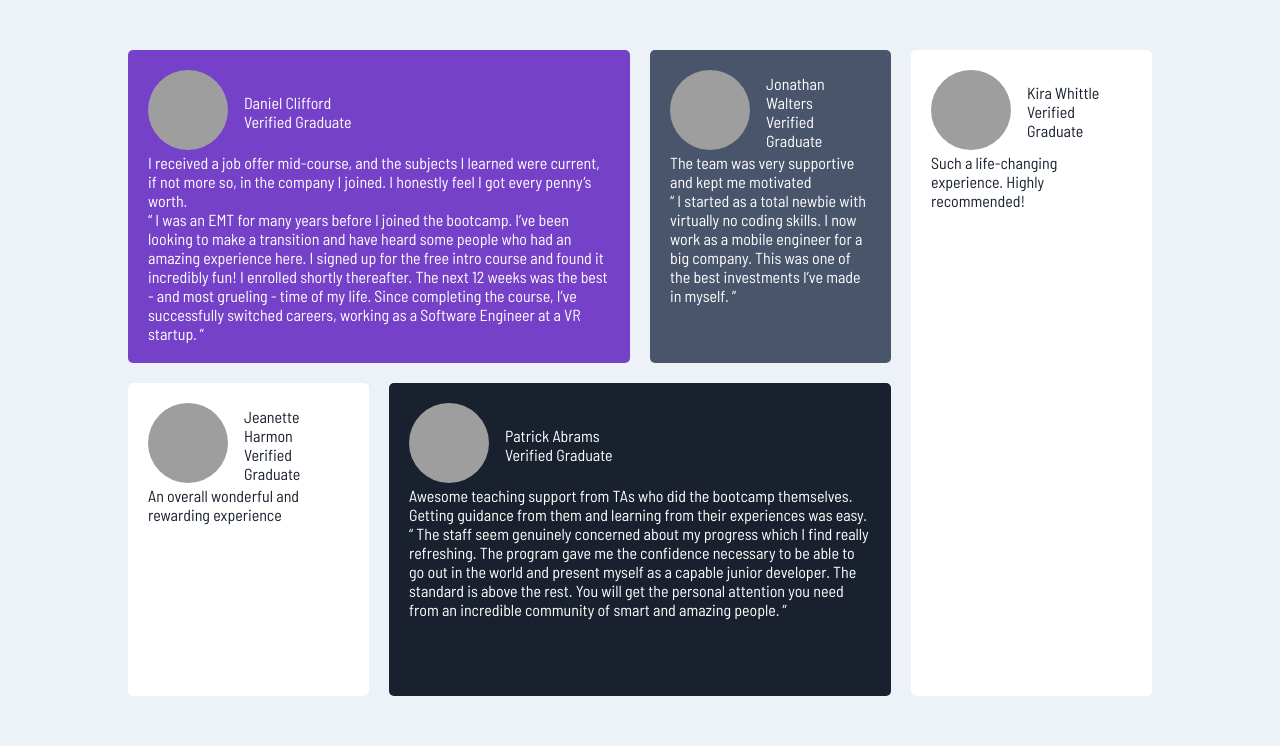
Repository: nptg3105/lab02-testimonials-grid
Page: index.html
The author's editor kept a copy of each file at every save. The page is drawn from the files as they stood at one save, then again after the next save.
The browser window is 1280 px wide. The pictures show the whole page.
Pictures or frames that could not be fetched are drawn as grey boxes. The style sheet was rebuilt from its Sass, Less or Tailwind sources for each picture, by a compiler version that may differ from the author's.

Above is the page before, as saved 2021-12-08 05:56:20.

### index.html
<!DOCTYPE html>
<html lang="en">
  <head>
    <meta charset="UTF-8" />
    <meta http-equiv="X-UA-Compatible" content="IE=edge" />
    <meta name="viewport" content="width=device-width, initial-scale=1.0" />
    <title>Lab02 - Testimonials</title>
    <link rel="stylesheet" href="style.css" />
    <link
      href="https://fonts.googleapis.com/css2?family=Barlow+Semi+Condensed:wght@400;500;700&display=swap"
      rel="stylesheet"
    />
  </head>
  <body>
    <div class="container">
      <div class="testimonials">
        <div class="testimonials__item testimonials__item--violet">
          <div class="author">
            <div class="author__avatar">
              <img
                src="https://images.unsplash.com/photo-1570295999919-56ceb5ecca61?ixlib=rb-1.2.1&ixid=MnwxMjA3fDB8MHxzZWFyY2h8OHx8bWFufGVufDB8fDB8fA%3D%3D&auto=format&fit=crop&w=500&q=60"
                alt=""
              />
            </div>
            <div class="author__name">
              Daniel Clifford <br />
              Verified Graduate
            </div>
          </div>
          <div class="testimonials__heading">
            I received a job offer mid-course, and the subjects I learned were
            current, if not more so, in the company I joined. I honestly feel I
            got every penny’s worth.
          </div>
          <div class="testimonials__desc">
            “ I was an EMT for many years before I joined the bootcamp. I’ve
            been looking to make a transition and have heard some people who had
            an amazing experience here. I signed up for the free intro course
            and found it incredibly fun! I enrolled shortly thereafter. The next
            12 weeks was the best - and most grueling - time of my life. Since
            completing the course, I’ve successfully switched careers, working
            as a Software Engineer at a VR startup. ”
          </div>
        </div>
        <div class="testimonials__item testimonials__item--grey">
          <div class="author">
            <div class="author__avatar">
              <img
                src="https://images.unsplash.com/photo-1570295999919-56ceb5ecca61?ixlib=rb-1.2.1&ixid=MnwxMjA3fDB8MHxzZWFyY2h8OHx8bWFufGVufDB8fDB8fA%3D%3D&auto=format&fit=crop&w=500&q=60"
                alt=""
              />
            </div>
            <div class="author__name">
              Jonathan Walters <br />
              Verified Graduate
            </div>
          </div>
          <div class="testimonials__heading">
            The team was very supportive and kept me motivated
          </div>
          <div class="testimonials__desc">
            “ I started as a total newbie with virtually no coding skills. I now
            work as a mobile engineer for a big company. This was one of the
            best investments I’ve made in myself. ”
          </div>
        </div>
        <div class="testimonials__item testimonials__item--tall">
          <div class="author">
            <div class="author__avatar">
              <img
                src="https://images.unsplash.com/photo-1570295999919-56ceb5ecca61?ixlib=rb-1.2.1&ixid=MnwxMjA3fDB8MHxzZWFyY2h8OHx8bWFufGVufDB8fDB8fA%3D%3D&auto=format&fit=crop&w=500&q=60"
                alt=""
              />
            </div>
            <div class="author__name author__name--black">
              Kira Whittle <br />
              Verified Graduate
            </div>
          </div>
          <div class="testimonials__heading testimonials__heading--black">
            Such a life-changing experience. Highly recommended!
          </div>
          <div class="testimonials__desc">
            “ Before joining the bootcamp, I’ve never written a line of code. I
            needed some structure from professionals who can help me learn
            programming step by step. I was encouraged to enroll by a former
            student of theirs who can only say wonderful things about the
            program. The entire curriculum and staff did not disappoint. They
            were very hands-on and I never had to wait long for assistance. The
            agile team project, in particular, was outstanding. It took my
            learning to the next level in a way that no tutorial could ever
            have. In fact, I’ve often referred to it during interviews as an
            example of my developent experience. It certainly helped me land a
            job as a full-stack developer after receiving multiple offers. 100%
            recommend! ”
          </div>
        </div>
        <div class="testimonials__item testimonials__item--white">
          <div class="author">
            <div class="author__avatar">
              <img
                src="https://images.unsplash.com/photo-1570295999919-56ceb5ecca61?ixlib=rb-1.2.1&ixid=MnwxMjA3fDB8MHxzZWFyY2h8OHx8bWFufGVufDB8fDB8fA%3D%3D&auto=format&fit=crop&w=500&q=60"
                alt=""
              />
            </div>
            <div class="author__name author__name--black">
              Jeanette Harmon <br />
              Verified Graduate
            </div>
          </div>
          <div class="testimonials__heading testimonials__heading--black">
            An overall wonderful and rewarding experience
          </div>
          <div class="testimonials__desc">
            “ Thank you for the wonderful experience! I now have a job I really
            enjoy, and make a good living while doing something I love. ”
          </div>
        </div>
        <div class="testimonials__item testimonials__item--black">
          <div class="author">
            <div class="author__avatar">
              <img
                src="https://images.unsplash.com/photo-1570295999919-56ceb5ecca61?ixlib=rb-1.2.1&ixid=MnwxMjA3fDB8MHxzZWFyY2h8OHx8bWFufGVufDB8fDB8fA%3D%3D&auto=format&fit=crop&w=500&q=60"
                alt=""
              />
            </div>
            <div class="author__name">
              Patrick Abrams <br />
              Verified Graduate
            </div>
          </div>
          <div class="testimonials__heading">
            Awesome teaching support from TAs who did the bootcamp themselves.
            Getting guidance from them and learning from their experiences was
            easy.
          </div>
          <div class="testimonials__desc">
            “ The staff seem genuinely concerned about my progress which I find
            really refreshing. The program gave me the confidence necessary to
            be able to go out in the world and present myself as a capable
            junior developer. The standard is above the rest. You will get the
            personal attention you need from an incredible community of smart
            and amazing people. ”
          </div>
        </div>
      </div>
    </div>
  </body>
</html>

### style.scss
$font-main:'Barlow Semi Condensed',
sans-serif;
$violet-color:#7541c8;
$grey-color: #48556a;
$light-grey-color: #cfcfcf;
$white-color: #fff;
$bg-color: #ecf2f8;
$black-color: #19212e;

* {
    box-sizing: border-box;
    margin: 0;
    padding: 0;
}

body {
    background-color: $bg-color;
}

.container {
    max-width: 1024px;
    margin: 50px auto;

}

.testimonials {
    font-family: $font-main;
    display: grid;
    gap: 20px;
    grid-template-columns: repeat(4, 1fr);
    grid-template-rows: repeat(2, 1fr);
    grid-template-areas: "violet-area violet-area grey-area white-tall-area"
        "white-area black-area black-area white-tall-area";
    color: $white-color;

    &__item {
        border-radius: 5px;
        padding: 20px;

        &--violet {
            background-color: $violet-color;
            grid-area: violet-area;
        }

        &--grey {
            background-color: $grey-color;
            grid-area: grey-area;
        }

        &--tall {
            background-color: $white-color;
            grid-area: white-tall-area;

        }

        &--white {
            background-color: $white-color;
            grid-area: white-area;
        }

        &--black {
            background-color: $black-color;
            grid-area: black-area;
        }
    }

    &__heading--black {
        color: $black-color;

    }
}

.author {
    display: flex;
    align-items: center;

    &__name--black {
        color: $black-color;
    }

    &__avatar {
        margin-right: 16px;

        img {
            object-fit: cover;
            width: 80px;
            height: 80px;
            border-radius: 50%;

        }
    }

}

After the next save:
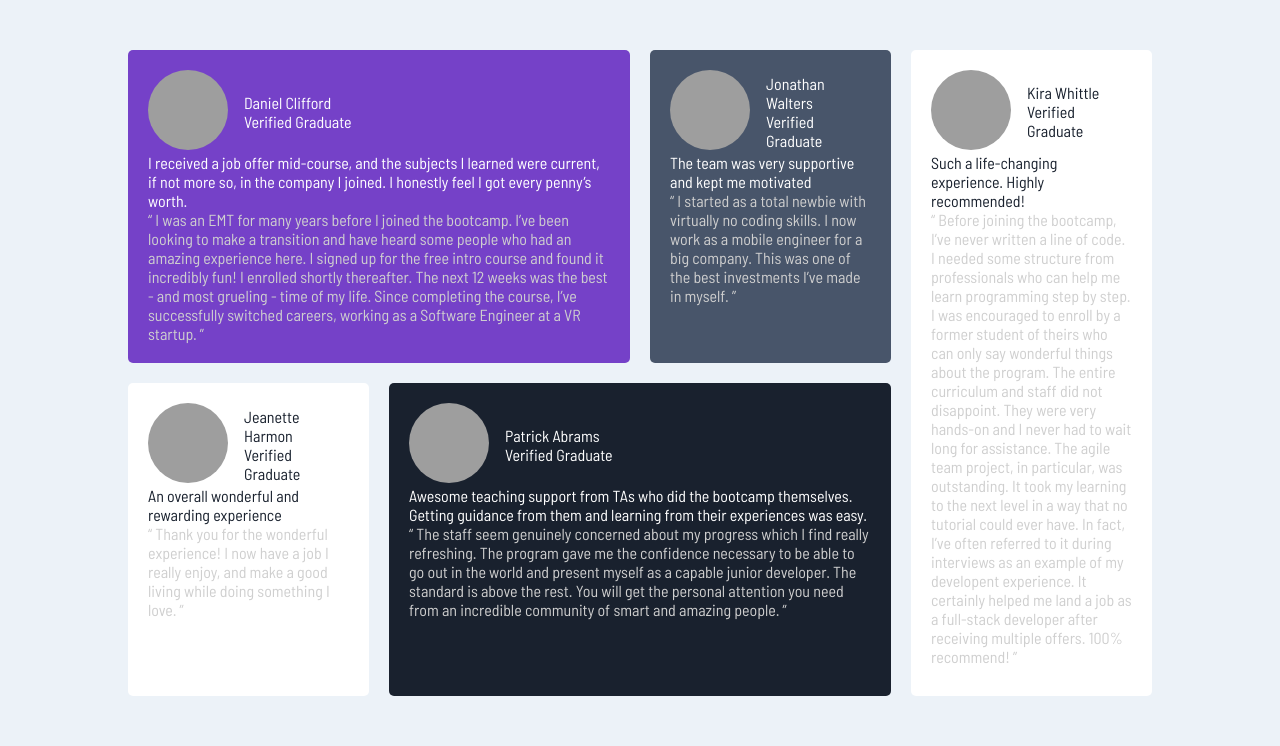
Saved 22 s later.
--- a/style.scss
+++ b/style.scss
@@ -66,7 +66,10 @@ body {
 
     &__heading--black {
         color: $black-color;
+    }
 
+    &__desc {
+        color: $light-grey-color;
     }
 }
 
